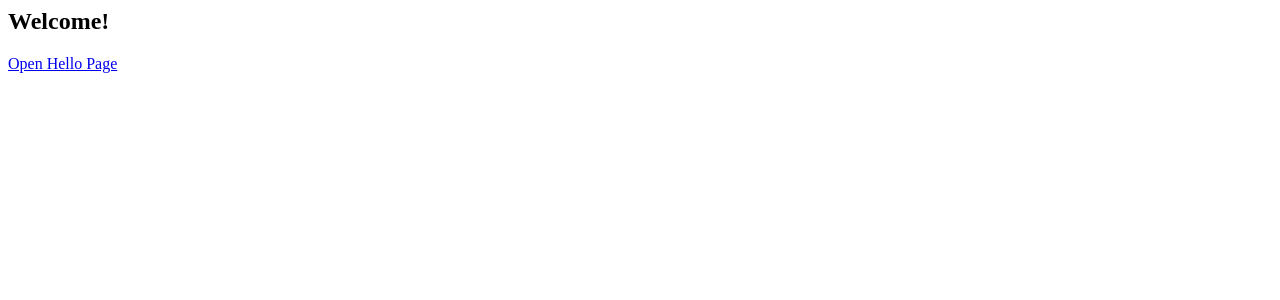
Repository: deepak-bisen/Spring
Page: http://localhost/SpringWebMvc/
The author's editor kept a copy of each file at every save. The page is drawn from the files as they stood at one save, then again after the next save.
The browser window is 1280 px wide. The pictures show the whole page.
The page is served by Tomcat 9. Other server files are loaded and not shown.

Above is the page before, as saved 2025-07-01 11:17:59.

### SpringWebMvc/src/main/webapp/index.jsp
<html>
<body>
<h2>Welcome!</h2>

<a href = "helloPage">Open Hello Page</a>
<a href = "abutUs"></a>
</body>
</html>

After the next save:
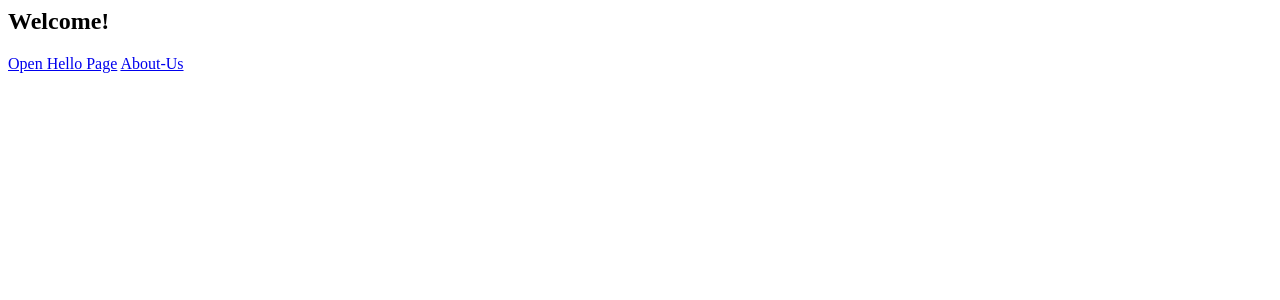
Saved 12 s later.
--- a/SpringWebMvc/src/main/webapp/index.jsp
+++ b/SpringWebMvc/src/main/webapp/index.jsp
@@ -3,6 +3,6 @@
 <h2>Welcome!</h2>
 
 <a href = "helloPage">Open Hello Page</a>
-<a href = "abutUs"></a>
+<a href = "aboutUs"> About-Us</a>
 </body>
 </html>
